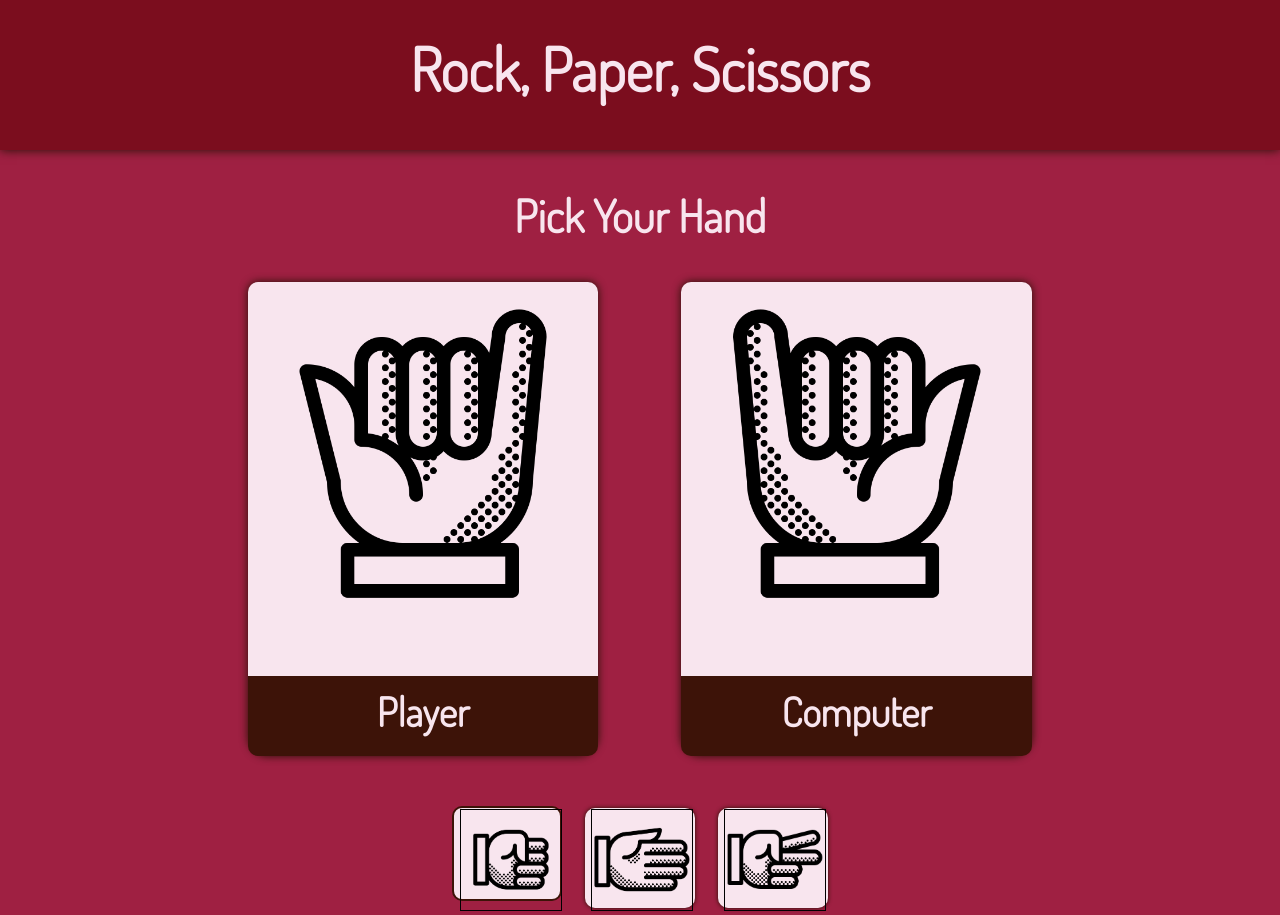
Repository: shayanabedi98/rock-paper-scissors
Page: index.html
These files come from the project's save history. The page is drawn as it stood at one moment and after the next save; the edit follows.
The browser window is 1280 px wide. The pictures show the whole page.
The first visible `#rock` is being pressed.

Above is the page before, as saved 2023-07-13 23:14:32.

After the next save:
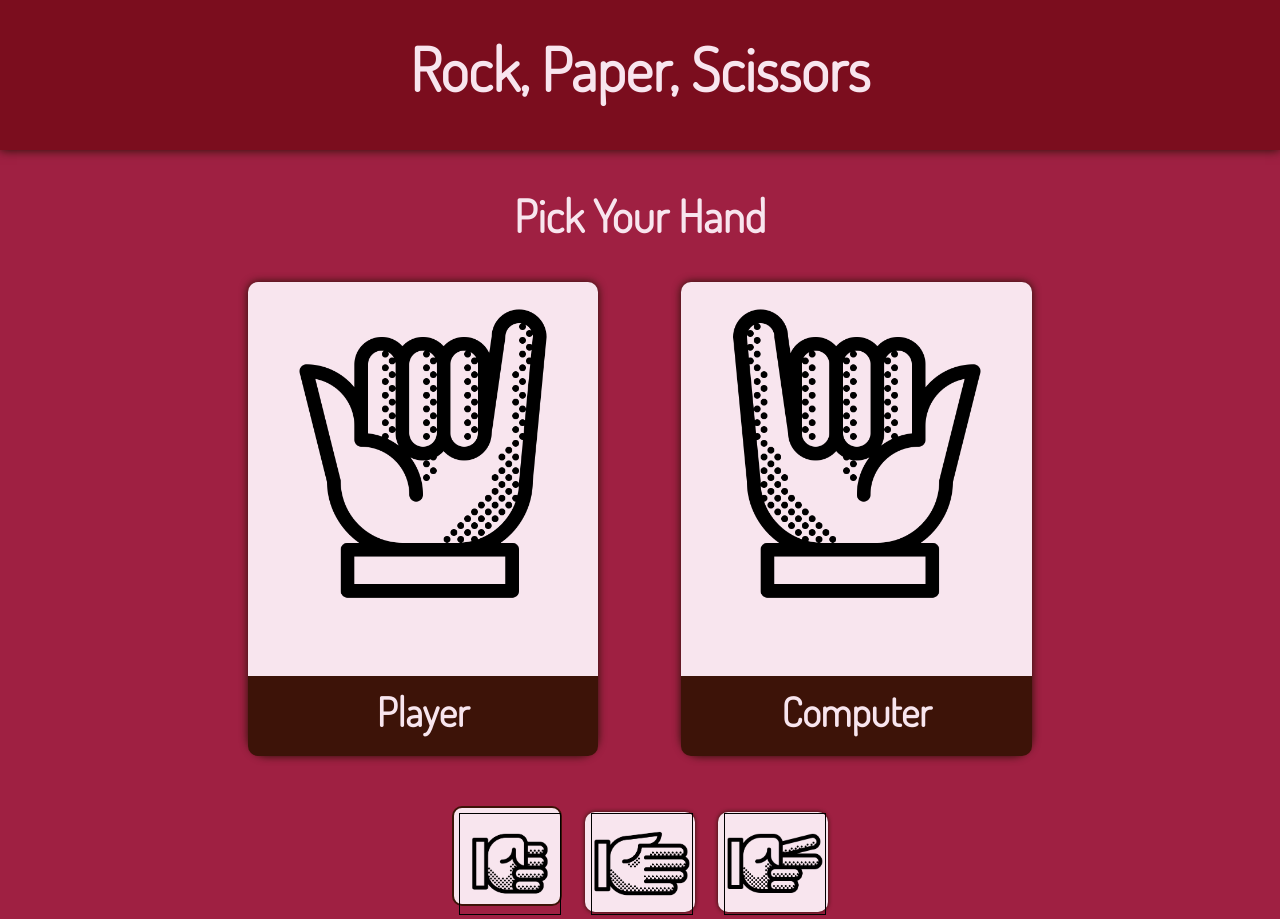
Saved 14 s later.
--- a/styles.css
+++ b/styles.css
@@ -80,5 +80,5 @@ h1 {
 #rock:active, #paper:active, #scissors:active, #rock img:active, #paper img:active, #scissors img:active {
     box-shadow: none;
     border: 2px solid #3D1308;
-    height: 95px;
+    padding: 5px;
 }
